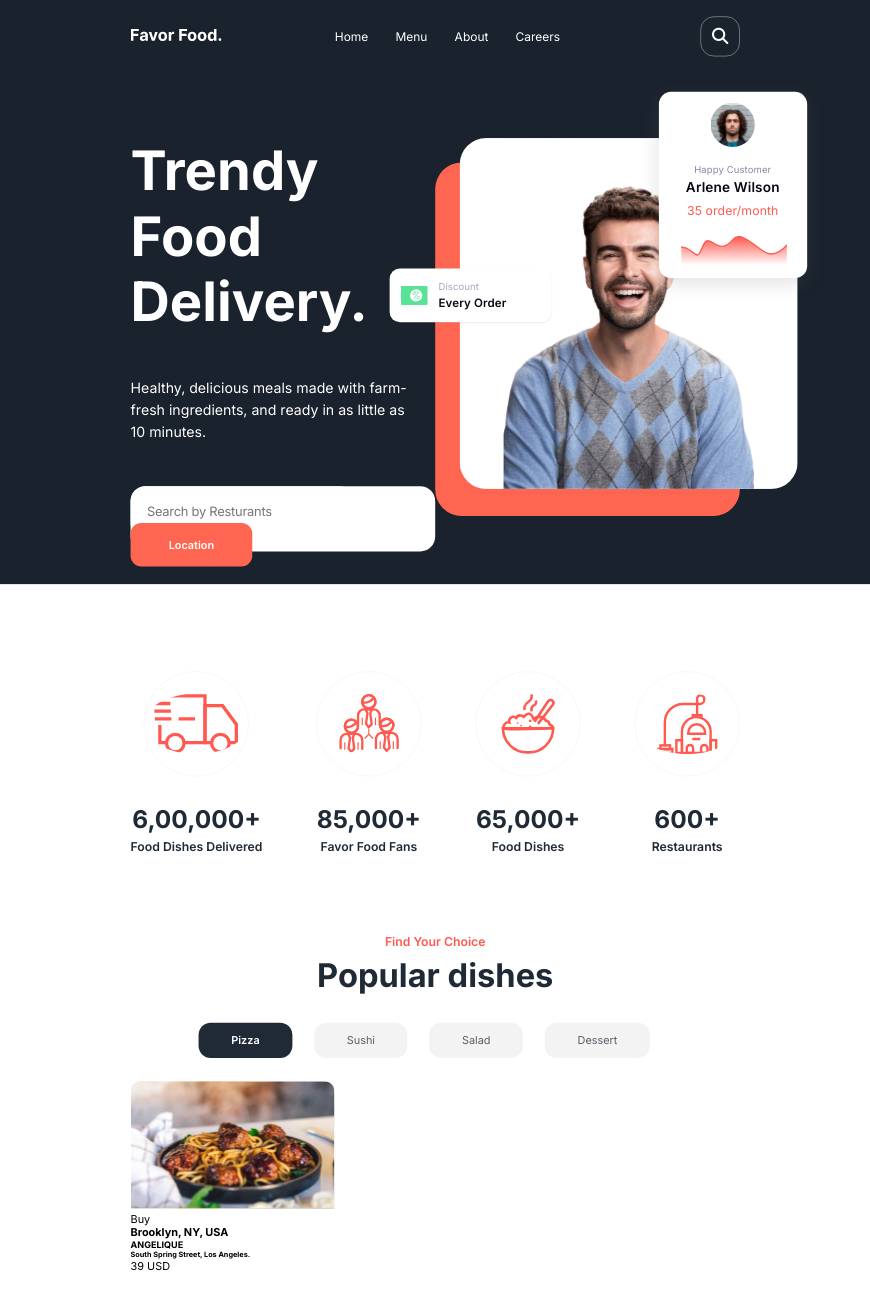
Repository: badhon252/favor-food
Page: index.html
The author's editor kept a copy of each file at every save. The page is drawn from the files as they stood at one save, then again after the next save.
The browser window is 1280 px wide. The pictures show the whole page, at 68% of full size.
The style sheet was rebuilt from its Sass, Less or Tailwind sources for each picture, by a compiler version that may differ from the author's.

Above is the page before, as saved 2022-09-12 18:19:28.

### index.html
<!DOCTYPE html>
<html lang="en">

<head>
    <meta charset="UTF-8">
    <meta http-equiv="X-UA-Compatible" content="IE=edge">
    <meta name="viewport" content="width=device-width, initial-scale=1.0">
    <!-- fontawesome cdn link  -->
    <link rel="stylesheet" href="https://cdnjs.cloudflare.com/ajax/libs/font-awesome/6.2.0/css/all.min.css">
    <!-- custom css  -->
    <link rel="stylesheet" href="scss/style.css">

    <title>Favor-Food</title>
</head>

<body>
    <header class="">
        <div class="container">

            <nav>
                <div class="navbar-brand">
                    <img src="./images/logo.svg" alt="">
                </div>
                <ul class="nav">
                    <li><a href="">Home</a></li>
                    <li><a href="">Menu</a></li>
                    <li><a href="">About</a></li>
                    <li><a href="">Careers</a></li>
                </ul>

                <div class="search-icon">
                    <i class="fa-solid fa-magnifying-glass"></i>
                </div>
            </nav>

            <div class="header-content my-2">
                <div class="row">


                    <div class="col-md-6">
                        <h1>Trendy Food <br> Delivery.</h1>
                        <p class="my-5">Healthy, delicious meals made with farm- <br> fresh ingredients, and ready in as
                            little as <br>
                            10 minutes.
                        </p>
                        <form action="">
                            <input type="text" id="location" placeholder="Search by Resturants">
                            <label for="location">Location</label>
                        </form>
                    </div>
                    <div class="col-md-6">
                        <div class="card my-3">

                            <img src="./images/image 624.svg" class="header-main-img" alt="">

                            <div class="discount-card">
                                <img src="./images/Group 4347.svg" alt="">
                                <div class="discount">
                                    <h4>Discount</h4>
                                    <h2>Every Order</h2>
                                </div>
                            </div>
                            <div class="profile-card">
                                <img src="./images/Group 2738.svg" alt="">
                                <h4>Happy Customer</h4>
                                <h3>Arlene Wilson</h3>
                                <h2>35 order/month</h2>
                                <img src="./images/Group 2811.svg" alt="">
                            </div>
                        </div>
                    </div>
                </div>
            </div>
        </div>
    </header>

    <div class="second-section">
        <div class="row container">
            <div class="col-md-3">
                <img src="./images/Group 4321.svg" alt="" class="my-2 py-2">
                <h2>6,00,000+</h2>
                <h3>Food Dishes Delivered</h3>
            </div>
            <div class="col-md-3">
                <img src="./images/Group 4328.svg" alt="" class="my-2 py-2">
                <h2>85,000+</h2>
                <h3>Favor Food Fans</h3>
            </div>
            <div class="col-md-3">
                <img src="./images/Group 4323.svg" alt="" class="my-2 py-2">
                <h2>65,000+</h2>
                <h3>Food Dishes</h3>
            </div>
            <div class="col-md-3">
                <img src="./images/Group 4324.svg" alt="" class="my-2 py-2">
                <h2>600+</h2>
                <h3>Restaurants</h3>
            </div>
        </div>
    </div>

    <section class="third-section container">
        <h3>Find Your Choice</h3>
        <h2>Popular dishes</h2>
        <nav class="my-3">
            <ul>
                <li><a href="" class="active-btn btn">Pizza</a></li>
                <li><a href="" class="btn">Sushi</a></li>
                <li><a href="" class="btn">Salad</a></li>
                <li><a href="" class="btn">Dessert</a></li>
            </ul>
        </nav>

        <div class="food-items">
            <div class="row">
                <div class="col-md-4 card">
                    <div class="card-header">
                        <img src="./images/Rectangle 3.svg" alt="">
                        <div class="card-tag">Buy</div>
                    </div>
                    <div class="card-body">
                        <h4>Brooklyn, NY, USA</h4>
                        <h5>ANGELIQUE</h5>
                        <h6>South Spring Street, Los Angeles.</h6>
                        <span class="price">39 USD</span>
                    </div>
                </div>
            </div>
        </div>
    </section>
</body>

</html>

### scss/style.scss
@import url("https://fonts.googleapis.com/css2?family=Inter:wght@400;600;700;800;900&display=swap");
* {
  margin: 0%;
  padding: 0;
  box-sizing: border-box;
  font-family: "Inter", sans-serif;
}

.container {
  margin: 0 12rem;
}
.row {
  display: flex;
  align-items: center;
  justify-content: space-between;
  max-width: 100%;
  .col-md-6 {
    max-width: 50%;
  }
}
h1 {
  font-weight: 700;
  font-size: 5rem;
  line-height: 96px;
}
.my-2 {
  margin: 2rem 0;
}
.my-3 {
  margin: 3rem 0;
}
.my-4 {
  margin: 4rem 0;
}
.my-5 {
  margin: 5rem 0;
}
.my-5 {
  margin: 5rem 0;
}
.my-6 {
  margin: 6rem 0;
}
.btn {
  outline: none;
  border: none;
  padding: 15px 30px;
}
.py-1 {
  padding: 1rem 0;
}
.py-2 {
  padding: 2rem 0;
}
.py-3 {
  padding: 3rem 0;
}
.py-4 {
  padding: 4rem 0;
}
//==========
//=========
// =======
header {
  background-color: #1a222d;
  color: #fff;
  nav {
    display: flex;
    justify-content: space-between;
    align-items: center;
    padding: 1.5rem 0;
    ul {
      display: flex;
      li {
        list-style-type: none;
        a {
          text-decoration: none;
          color: #fff;
          margin-right: 2.5rem;
          font-size: 1.1rem;
          font-weight: 500;
        }
      }
    }

    .search-icon {
      color: #fff;
      border: 1px solid rgba(255, 255, 255, 0.521);
      border-radius: 50%;
      padding: 1rem;
      border-radius: 20px;
      cursor: pointer;
      &:hover {
        opacity: 1;
      }
      i {
        font-size: 1.5rem;
      }
    }
  }

  .header-content {
    min-height: 80vh;
    padding: 3rem 0;
    h1 {
      margin: 1rem 0;
    }
    p {
      font-size: 1.3rem;
      font-weight: 500;
      margin: 4rem 0;
      line-height: 32px;
    }
    form {
      display: inline-block;
      border-radius: 22px;
      background: #ffffff;
      input {
        padding: 1.5rem;
        font-size: 19px;
        line-height: 28px;
        letter-spacing: -0.02em;
        outline: none;
        border: none;
        color: #b1b1b1;
        border-radius: 22px;
      }
      label {
        background: #ff6652;
        border-radius: 16px;
        padding: 1.4rem 3.5rem;
        margin-right: 0.6rem;
        cursor: pointer;
        font-weight: 600;
      }
    }

    .card {
      background: #ff6652;
      border-radius: 39px;
      // padding: 0 4rem;
      position: relative;
      .header-main-img {
        background-color: #fff;
        padding: 0 4rem;
        border-radius: 39px;
        position: relative;
        margin-left: 8%;
        margin-bottom: 8%;
        margin-top: -8%;
        transition: 0.4s;
        &:hover {
          margin-top: 0%;
          margin-left: 0%;
          margin-bottom: 0%;
        }

        // padding-left: 3rem;
        // &:hover {
        //   margin: -2rem -2rem auto auto;
        // }
      }

      .discount-card {
        position: absolute;
        top: 30%;
        left: -15%;
        background-color: #fff;
        color: #000;
        padding: 1rem;
        display: flex;
        border-radius: 15px;
        width: 238px;
        box-shadow: rgba(0, 0, 0, 0.1) 0px 1px 2px 0px;

        img {
          margin-right: 1rem;
        }
        h4 {
          font-weight: 400;
          font-size: 14px;
          line-height: 21px;
          letter-spacing: 0.01em;
          color: #a6a6bb;
        }
        h2 {
          font-weight: 600;
          font-size: 17px;
          line-height: 26px;
          letter-spacing: 0.01em;
          color: #070a13;
        }
      }
      .profile-card {
        position: absolute;
        top: -20%;
        right: -22%;
        width: 218px;
        height: 274px;
        background-color: #fff;
        border-radius: 18px;
        color: #000;
        padding: 0 2rem;
        text-align: center;
        box-shadow: rgba(100, 100, 111, 0.2) 0px 7px 29px 0px;
        img {
          margin: 1rem 0;
        }
        h4 {
          font-weight: 500;
          font-size: 14px;
          line-height: 16px;
          text-align: center;
          letter-spacing: 0.01em;
          color: #8888a5;
          margin: 0.4rem 0;
        }
        h3 {
          font-weight: 600;
          font-size: 20px;
          line-height: 23px;
          letter-spacing: 0.01em;
          color: #070a13;
        }
        h2 {
          font-weight: 500;
          font-size: 18px;
          line-height: 21px;
          letter-spacing: 0.01em;
          color: #fe5a50;
          margin: 0.7rem 0;
        }
      }
    }
  }
}

.second-section {
  padding: 4rem 0;
  text-align: center;
  img {
    border-radius: 50%;
    width: 155px;
    height: 155px;

    background: #ffffff;
    border: 1px solid #f3f3f3;
    &:hover {
      box-shadow: rgba(0, 0, 0, 0.1) 0px 20px 25px -5px,
        rgba(0, 0, 0, 0.04) 0px 10px 10px -5px;
    }
  }
  h2 {
    font-weight: 700;
    font-size: 36px;
    line-height: 54px;
    text-align: center;
    color: #202a36;
  }
  h3 {
    font-weight: 600;
    font-size: 18px;
    line-height: 27px;
    text-align: center;
    color: #202a36;
  }
}

.third-section {
  padding: 3rem 0;
  h3 {
    font-weight: 600;
    font-size: 18px;
    line-height: 27px;
    text-align: center;
    color: #fe5a50;
  }
  h2 {
    font-weight: 700;
    font-size: 48px;
    line-height: 72px;
    text-align: center;
    color: #202a36;
  }
  nav {
    ul {
      display: flex;
      align-items: center;
      justify-content: center;
      li {
        list-style: none;
        margin-right: 2rem;
        a {
          font-weight: 500;
          text-decoration: none;
          font-size: 1rem;
          line-height: 24px;
          text-align: center;
          color: #575e66;
          background: #f3f3f3;
          border-radius: 18px;
          padding: 1rem 3rem;
        }
        .active-btn {
          background: #202a36;
          border-radius: 18px;
          color: #fff;
          font-weight: 600;
        }
      }
    }
  }
}

After the next save:
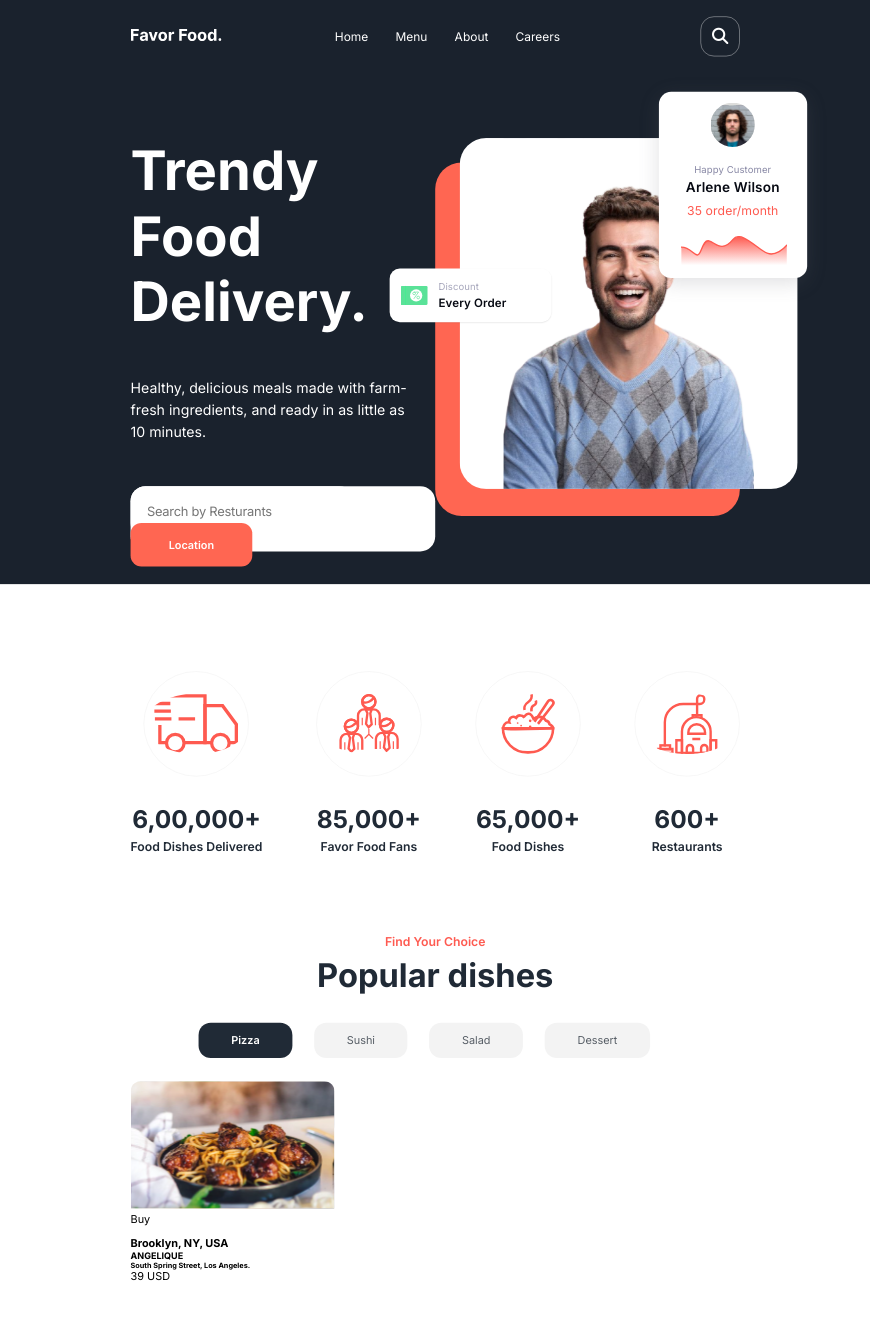
Saved 106 s later.
--- a/index.html
+++ b/index.html
@@ -118,7 +118,7 @@
                         <img src="./images/Rectangle 3.svg" alt="">
                         <div class="card-tag">Buy</div>
                     </div>
-                    <div class="card-body">
+                    <div class="card-body py-1">
                         <h4>Brooklyn, NY, USA</h4>
                         <h5>ANGELIQUE</h5>
                         <h6>South Spring Street, Los Angeles.</h6>
